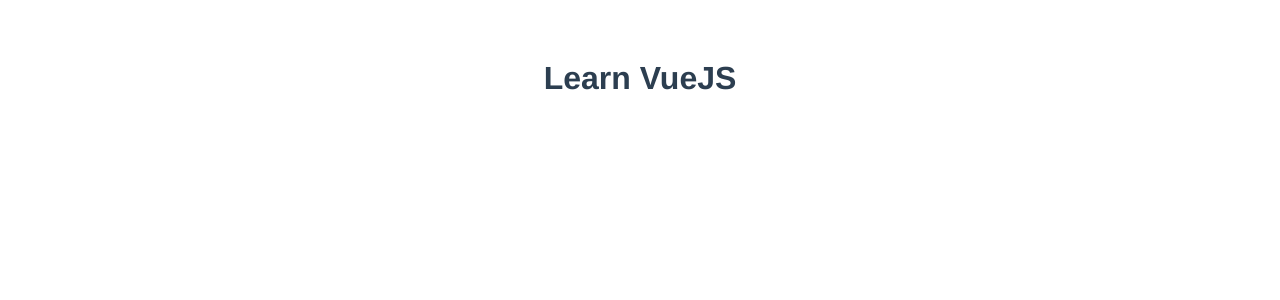
Repository: SWE-VueJS/vue-todo
Page: /
These files come from the project's save history. The page is drawn as it stood at one moment and after the next save; the edit follows.
The browser window is 1280 px wide. The pictures show the whole page.
The project was rebuilt for these pictures with package versions that can differ from the ones it lists, and the page was loaded fresh each time. Also part of the build but not shown: src/components/Component01.vue, src/components/Component02.vue.

Above is the page before, as saved 2018-11-01 09:11:42.

### index.html
<!DOCTYPE html>
<html>
  <head>
    <meta charset="utf-8">
    <meta name="viewport" content="width=device-width,initial-scale=1.0">
    <title>vue-learn</title>
  </head>
  <body>
    <div id="app"></div>
    <!-- built files will be auto injected -->
  </body>
</html>

### src/App.vue
<template>
  <div id="app">
    <h1>{{title}}</h1>
    <router-view/>
  </div>
</template>

<script>
import cpn01 from '@/components/Component01'
import cpn02 from '@/components/Component02'
export default {
  components: {cpn01, cpn02},
  name: 'App',
  data (){
    return {
      title: 'Learn VueJS',
      listComponent: [
        {name: 'Component01', link: 'Component01'},
        {name: 'Component02', link: 'Component02'}
      ]
    }
  }
}
</script>

<style>
#app {
  font-family: 'Avenir', Helvetica, Arial, sans-serif;
  -webkit-font-smoothing: antialiased;
  -moz-osx-font-smoothing: grayscale;
  text-align: center;
  color: #2c3e50;
  margin-top: 60px;
}
</style>

### src/router/index.js
import Vue from 'vue'
import Router from 'vue-router'
import Component01 from '@/components/Component01'
import Component02 from '@/components/Component02'

Vue.use(Router)

export default new Router({
  routes: [
    {
      path: '/Component01',
      name: 'cpn01',
      component: Component01
    },
    {
      path: '/Component02',
      name: 'cpn02',
      component: Component02
    }
  ]
})

Loaded but not shown: src/main.js (common file)

After the next save:
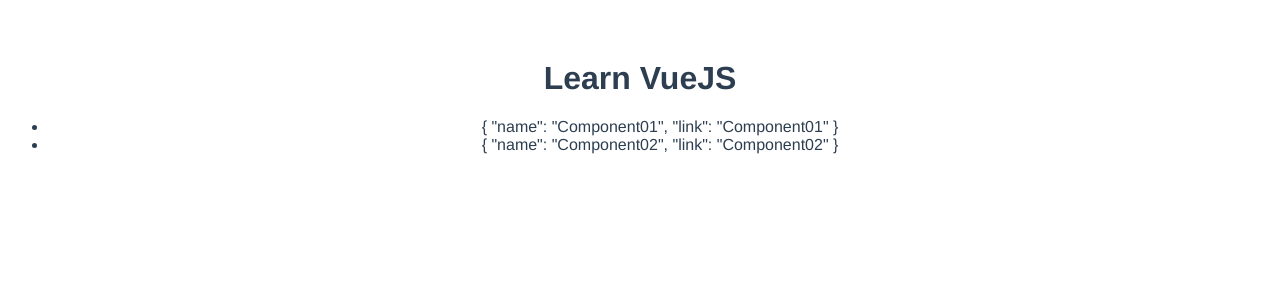
Saved 2 min 9 s later.
--- a/src/App.vue
+++ b/src/App.vue
@@ -1,6 +1,11 @@
 <template>
   <div id="app">
     <h1>{{title}}</h1>
+    <div class="list-cpn">
+      <ul class="list">
+        <li class="item" v-for="(item, index) in listComponents" :key="index">{{item}}</li>
+      </ul>
+    </div>
     <router-view/>
   </div>
 </template>
@@ -14,7 +19,7 @@
   data (){
     return {
       title: 'Learn VueJS',
-      listComponent: [
+      listComponents: [
         {name: 'Component01', link: 'Component01'},
         {name: 'Component02', link: 'Component02'}
       ]
